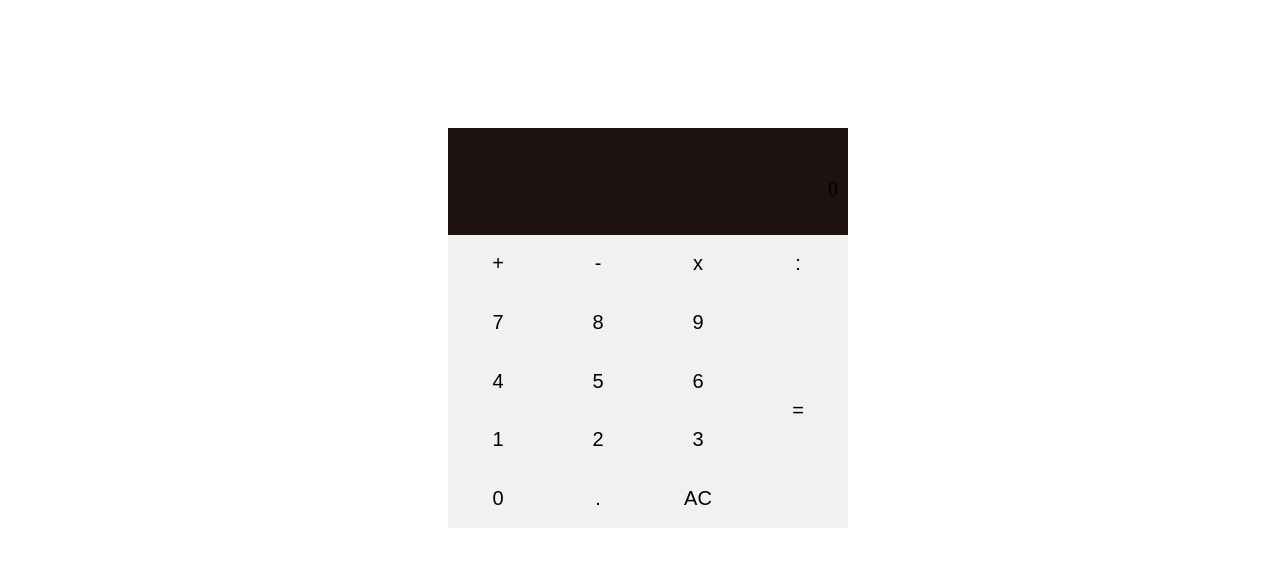
Repository: CryptoFamilyNFT/develhope
Page: css/Grid 2/calculator.html
The author's editor kept a copy of each file at every save. The page is drawn from the files as they stood at one save, then again after the next save.
The browser window is 1280 px wide. The page is 1288 px wide, so the pictures cover 1288 px, including what lies to the right of the window. The pictures show the whole page.

Above is the page before, as saved 2024-11-18 09:16:46.

### css/Grid 2/calculator.html
<!DOCTYPE html>
<html lang="en">

<head>
    <meta charset="UTF-8">
    <meta name="viewport" content="width=device-width, initial-scale=1.0">
    <title>Document</title>
    <link rel="stylesheet" href="calculator.css">
</head>

<body>
    <div class="container">
        <div class="result span-4">
            0
        </div>
        <button class="button span-1">+</button>
        <button class="button span-1">-</button>
        <button class="button span-1">x</button>
        <button class="button span-1">:</button>
        <button class="button span-1">7</button>
        <button class="button span-1">8</button>
        <button class="button span-1">9</button>
        <button class="button span-1 row-4">=</button>
        <button class="button span-1">4</button>
        <button class="button span-1">5</button>
        <button class="button span-1">6</button>
        <button class="button span-1">1</button>
        <button class="button span-1">2</button>
        <button class="button span-1">3</button>
        <button class="button span-1">0</button>
        <button class="button span-1">.</button>
        <button class="button span-1">AC</button>
    </div>
</body>

</html>

### css/Grid 2/calculator.css
body {
    width: 100%;
    height: 100%;
    margin-top: 10%;
    display: flex;
    justify-content: center;
    align-items: center;
}

.container {
    height: 400px;
    width: 400px;
    background-color: bisque;
    display: grid;
    grid-template-columns: repeat(4, 1fr);
}

.result {
    display: flex;
    border: none;
    background-color: #1d1111;
    font-size: 20px;
    cursor: pointer;
    justify-content: flex-end;
    padding-right: 10px;
    padding-top: 50px;
}

.span-1 {
    grid-column: span 1;
}


.span-2 {
    grid-column: span 2;
}

.span-3 {
    grid-column: span 3;
}

.span-4 {
    grid-column: span 4;
}

.row-4 {
    grid-row: span 4;
}

button {
    border: none;
    background-color: #f1f1f1;
    font-size: 20px;
    cursor: pointer;
}

button:hover {
    background-color: #e7e7e7;
}

button:active {
    background-color: #d9d9d9;
}

button:focus {
    outline: none;
}

After the next save:
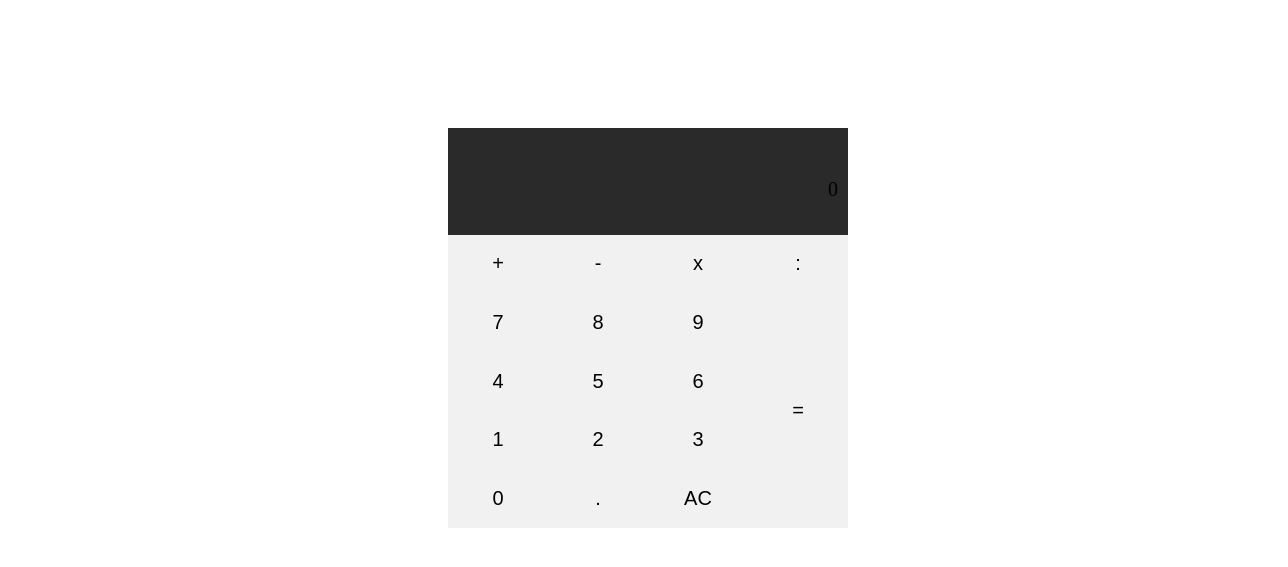
Saved 13 s later.
--- a/css/Grid 2/calculator.css
+++ b/css/Grid 2/calculator.css
@@ -18,7 +18,7 @@ body {
 .result {
     display: flex;
     border: none;
-    background-color: #1d1111;
+    background-color: #2b2a2a;
     font-size: 20px;
     cursor: pointer;
     justify-content: flex-end;
